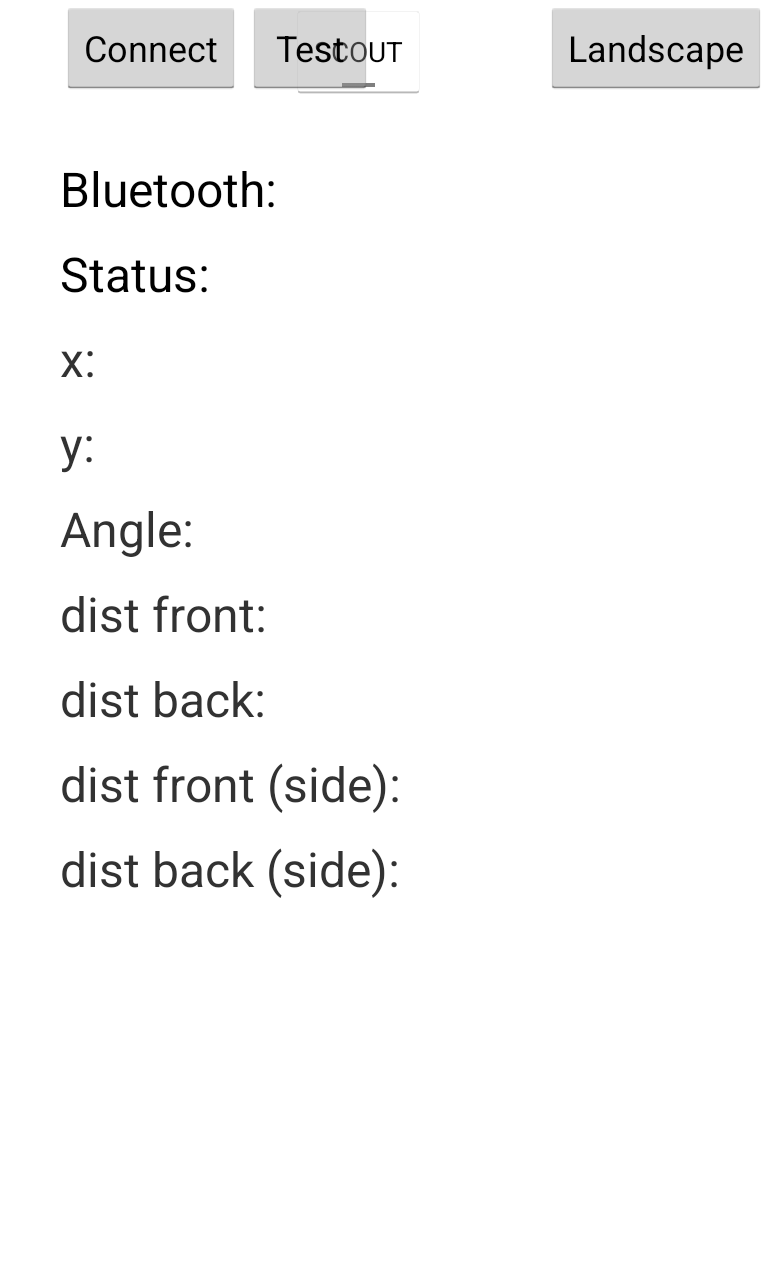
Repository: VietPhamTuyen/HSAMR_HMI_Viet
Layout: NXT/NXT Fernsteuerung/res/layout/activity_main.xml
These files come from the project's save history. The layout is drawn as it stood at one moment and after the next save; the edit follows.
It is drawn on a 768 x 1280 px phone screen (xhdpi) without system bars, with theme AppTheme; the app's code is not run.

Above is the layout before, as saved 2014-12-01 14:40:20.

### NXT/NXT Fernsteuerung/res/layout/activity_main.xml
<RelativeLayout xmlns:android="http://schemas.android.com/apk/res/android"
    xmlns:tools="http://schemas.android.com/tools"
    android:id="@+id/RelativeLayout1"
    android:layout_width="match_parent"
    android:layout_height="match_parent"
    android:orientation="vertical" >

    <Button
        android:id="@+id/buttonSetupBluetooth"
        android:layout_width="wrap_content"
        android:layout_height="wrap_content"
        android:layout_alignParentLeft="true"
        android:layout_alignParentRight="false"
        android:layout_alignParentTop="true"
        android:layout_marginBottom="30dp"
        android:layout_marginLeft="30dp"
        android:clickable="true"
        android:text="@string/setupBluetooth" />

    <TextView
        android:id="@+id/textViewLabelBluetooth"
        android:layout_width="wrap_content"
        android:layout_height="wrap_content"
        android:layout_alignParentLeft="true"
        android:layout_below="@+id/buttonSetupBluetooth"
        android:layout_toLeftOf="@+id/textViewValueBluetooth"
        android:paddingLeft="30dp"
        android:text="@string/bluetooth_label"
        android:textAppearance="?android:attr/textAppearanceLarge"
        android:textSize="24dp" />

    <TextView
        android:id="@+id/textViewValueBluetooth"
        android:layout_width="wrap_content"
        android:layout_height="wrap_content"
        android:layout_alignBaseline="@+id/textViewLabelBluetooth"
        android:layout_alignParentRight="true"
        android:layout_alignParentTop="true"
        android:gravity="right"
        android:paddingRight="30dp"
        android:textAppearance="?android:attr/textAppearanceLarge"
        android:textSize="24dp" />

    <TextView
        android:id="@+id/textViewValueLabel"
        android:layout_width="wrap_content"
        android:layout_height="wrap_content"
        android:layout_alignParentLeft="true"
        android:layout_below="@+id/textViewLabelBluetooth"
        android:layout_marginTop="10dp"
        android:layout_toLeftOf="@+id/textViewValueStatus"
        android:paddingLeft="30dp"
        android:text="@string/textview_status"
        android:textAppearance="?android:attr/textAppearanceLarge"
        android:textSize="24dp" />

    <TextView
        android:id="@+id/textViewValueStatus"
        android:layout_width="wrap_content"
        android:layout_height="wrap_content"
        android:layout_alignBaseline="@+id/textViewValueLabel"
        android:layout_alignParentRight="true"
        android:layout_alignTop="@+id/textViewValueLabel"
        android:gravity="right"
        android:paddingRight="30dp"
        android:textAppearance="?android:attr/textAppearanceLarge"
        android:textSize="24dp" />

    <TextView
        android:id="@+id/textViewLabelX"
        android:layout_width="wrap_content"
        android:layout_height="wrap_content"
        android:layout_alignParentLeft="true"
        android:layout_below="@+id/textViewValueLabel"
        android:layout_marginTop="10dp"
        android:layout_toLeftOf="@+id/textViewValueX"
        android:paddingLeft="30dp"
        android:text="@string/x_Value"
        android:textSize="24dp" />

    <TextView
        android:id="@+id/textViewValueX"
        android:layout_width="wrap_content"
        android:layout_height="34dp"
        android:layout_alignBaseline="@+id/textViewLabelX"
        android:layout_alignParentRight="true"
        android:layout_alignTop="@+id/textViewLabelX"
        android:gravity="right"
        android:paddingRight="30dp"
        android:textSize="24dp" >
    </TextView>

    <TextView
        android:id="@+id/textViewLabelY"
        android:layout_width="wrap_content"
        android:layout_height="wrap_content"
        android:layout_alignParentLeft="true"
        android:layout_below="@+id/textViewLabelX"
        android:layout_marginTop="10dp"
        android:layout_toLeftOf="@+id/textViewValueY"
        android:paddingLeft="30dp"
        android:text="@string/y_Value"
        android:textAppearance="?android:attr/textAppearanceSmall"
        android:textSize="24dp" />

    <TextView
        android:id="@+id/textViewValueY"
        android:layout_width="wrap_content"
        android:layout_height="wrap_content"
        android:layout_alignBaseline="@+id/textViewLabelY"
        android:layout_alignParentRight="true"
        android:layout_alignTop="@+id/textViewLabelY"
        android:gravity="right"
        android:paddingRight="30dp"
        android:textSize="24dp" >
    </TextView>

    <TextView
        android:id="@+id/TextViewLableAngle"
        android:layout_width="wrap_content"
        android:layout_height="wrap_content"
        android:layout_alignParentLeft="true"
        android:layout_below="@+id/textViewLabelY"
        android:layout_marginTop="10dp"
        android:layout_toLeftOf="@+id/TextViewValueAngle"
        android:paddingLeft="30dp"
        android:text="@string/angle_Value"
        android:textAppearance="?android:attr/textAppearanceSmall"
        android:textSize="24dp" />

    <TextView
        android:id="@+id/TextViewValueAngle"
        android:layout_width="wrap_content"
        android:layout_height="wrap_content"
        android:layout_alignBaseline="@+id/TextViewLableAngle"
        android:layout_alignParentRight="true"
        android:layout_alignTop="@+id/TextViewLableAngle"
        android:gravity="right"
        android:paddingRight="30dp"
        android:textSize="24dp" />

    <TextView
        android:id="@+id/textViewLabelDistanceFront"
        android:layout_width="wrap_content"
        android:layout_height="wrap_content"
        android:layout_alignParentLeft="true"
        android:layout_below="@+id/TextViewLableAngle"
        android:layout_marginTop="10dp"
        android:layout_toLeftOf="@+id/textViewValueDistanceFront"
        android:paddingLeft="30dp"
        android:text="@string/distance_front_value"
        android:textSize="24dp" />

    <TextView
        android:id="@+id/textViewValueDistanceFront"
        android:layout_width="wrap_content"
        android:layout_height="wrap_content"
        android:layout_alignBaseline="@+id/textViewLabelDistanceFront"
        android:layout_alignParentRight="true"
        android:layout_alignTop="@+id/textViewLabelDistanceFront"
        android:gravity="right"
        android:paddingRight="30dp"
        android:textSize="24dp" />

    <TextView
        android:id="@+id/textViewLabelDistanceBack"
        android:layout_width="wrap_content"
        android:layout_height="wrap_content"
        android:layout_alignParentLeft="true"
        android:layout_below="@+id/textViewLabelDistanceFront"
        android:layout_marginTop="10dp"
        android:layout_toLeftOf="@+id/textViewValueDistanceBack"
        android:paddingLeft="30dp"
        android:text="@string/distance_back_value"
        android:textSize="24dp" />

    <TextView
        android:id="@+id/textViewValueDistanceBack"
        android:layout_width="wrap_content"
        android:layout_height="wrap_content"
        android:layout_alignBaseline="@+id/textViewLabelDistanceBack"
        android:layout_alignParentRight="true"
        android:layout_alignTop="@+id/textViewLabelDistanceBack"
        android:gravity="right"
        android:paddingRight="30dp"
        android:textSize="24dp" />

    <TextView
        android:id="@+id/textViewLabelDistanceFrontSide"
        android:layout_width="wrap_content"
        android:layout_height="wrap_content"
        android:layout_alignParentLeft="true"
        android:layout_below="@+id/textViewLabelDistanceBack"
        android:layout_marginTop="10dp"
        android:layout_toLeftOf="@+id/textViewValueDistanceFrontSide"
        android:paddingLeft="30dp"
        android:text="@string/distance_front_side_value"
        android:textSize="24dp" />

    <TextView
        android:id="@+id/textViewValueDistanceFrontSide"
        android:layout_width="wrap_content"
        android:layout_height="wrap_content"
        android:layout_alignBaseline="@+id/textViewLabelDistanceFrontSide"
        android:layout_alignParentRight="true"
        android:layout_alignTop="@+id/textViewLabelDistanceFrontSide"
        android:gravity="right"
        android:paddingRight="30dp"
        android:textSize="24dp" />

    <TextView
        android:id="@+id/textViewLabelDistanceBackSide"
        android:layout_width="wrap_content"
        android:layout_height="wrap_content"
        android:layout_alignParentLeft="true"
        android:layout_below="@+id/textViewLabelDistanceFrontSide"
        android:layout_marginTop="10dp"
        android:layout_toLeftOf="@+id/textViewValueDistanceBackSide"
        android:paddingLeft="30dp"
        android:text="@string/distance_back_side_value"
        android:textSize="24dp" />

    <TextView
        android:id="@+id/textViewValueDistanceBackSide"
        android:layout_width="wrap_content"
        android:layout_height="wrap_content"
        android:layout_alignBaseline="@+id/textViewLabelDistanceBackSide"
        android:layout_alignParentRight="true"
        android:layout_alignTop="@+id/textViewLabelDistanceBackSide"
        android:gravity="right"
        android:paddingRight="30dp"
        android:textSize="24dp" />

    <ToggleButton
        android:id="@+id/toggleMode"
        android:layout_width="wrap_content"
        android:layout_height="wrap_content"
        android:layout_alignBaseline="@+id/buttonSetupBluetooth"
        android:layout_alignBottom="@+id/buttonSetupBluetooth"
        android:layout_marginLeft="24dp"
        android:layout_toRightOf="@+id/buttonSetupBluetooth"
        android:clickable="true"
        android:onClick="setToggle"
        android:text="@string/togglebutton"
        android:textOff="SCOUT"
        android:textOn="SCOUT" />

    <Button
        android:id="@+id/landscapebutton"
        android:layout_width="wrap_content"
        android:layout_height="wrap_content"
        android:layout_alignParentRight="true"
        android:layout_alignParentTop="true"
        android:onClick="LandscapeButton"
        android:text="@string/landscapeButton" />

    <Button
        android:id="@+id/button1"
        android:layout_width="wrap_content"
        android:layout_height="wrap_content"
        android:layout_alignParentTop="true"
        android:layout_marginRight="85dp"
        android:layout_toLeftOf="@+id/landscapebutton"
        android:onClick="TestButton"
        android:text="@string/testButton" />

</RelativeLayout>

### NXT/NXT Fernsteuerung/res/values/strings.xml
<resources>

    <string name="app_name">Cooooooool</string>
    <string name="menu_settings">Settings</string>
    <string name="title_activity_main">RCTestapp</string>
    <string name="title_activity_position_visualization">PositionVisualization</string>
    <string name="x_Value">x:</string>
    <string name="y_Value">y:</string>
    <string name="title_paired_devices">Paired devices</string>
    <string name="title_other_devices">Other devices</string>
    <string name="title_activity_bluetooth">Bluetooth</string>
    <string name="setupBluetooth">Connect</string>
    <string name="text_scan_bt_devices">Scan for devices</string>
    <string name="bt_adapter_available">Bluetooth adapter available</string>
    <string name="toggle_text_pause">SCOUT</string>
    <string name="toggle_text_scout">SCOUT</string>
    <string name="togglebutton">ToggleButton</string>
    <string name="textview_status">Status:</string>
    <string name="angle_Value">Angle:</string>
    <string name="distance_front_value">dist front:</string>
    <string name="distance_front_side_value">dist front (side):</string>
    <string name="distance_back_value">dist back:</string>
    <string name="distance_back_side_value">dist back (side):</string>
    <string name="bluetooth_label">Bluetooth:</string>
    <string name="disconnetButton">Disconnect</string>
    <string name="landscapeButton">Landscape</string>
    <string name="portraitButton">Portrait</string>
    <string name="testButton">Test</string>
    <string name="dc_bluetooth">Disconnect</string>
    <string name="ic_action_search">Search</string>
    <string name="ic_action_name">Name</string>
    <string name="resetLine">Reset Pfad</string>
    <string name="restart">Restart App</string>
    <string name="data">NXT Data</string>
    <string name="bt_connect_hint">Please select a Robot from the list. Make sure it has been paired, is within bluetooth reach and has been set to connect mode.</string>

</resources>

Loaded but not shown: NXT/NXT Fernsteuerung/res/values-v11/styles.xml (common file); NXT/NXT Fernsteuerung/res/values-v14/styles.xml (common file); NXT/NXT Fernsteuerung/res/values/styles.xml (common file)

After the next save:
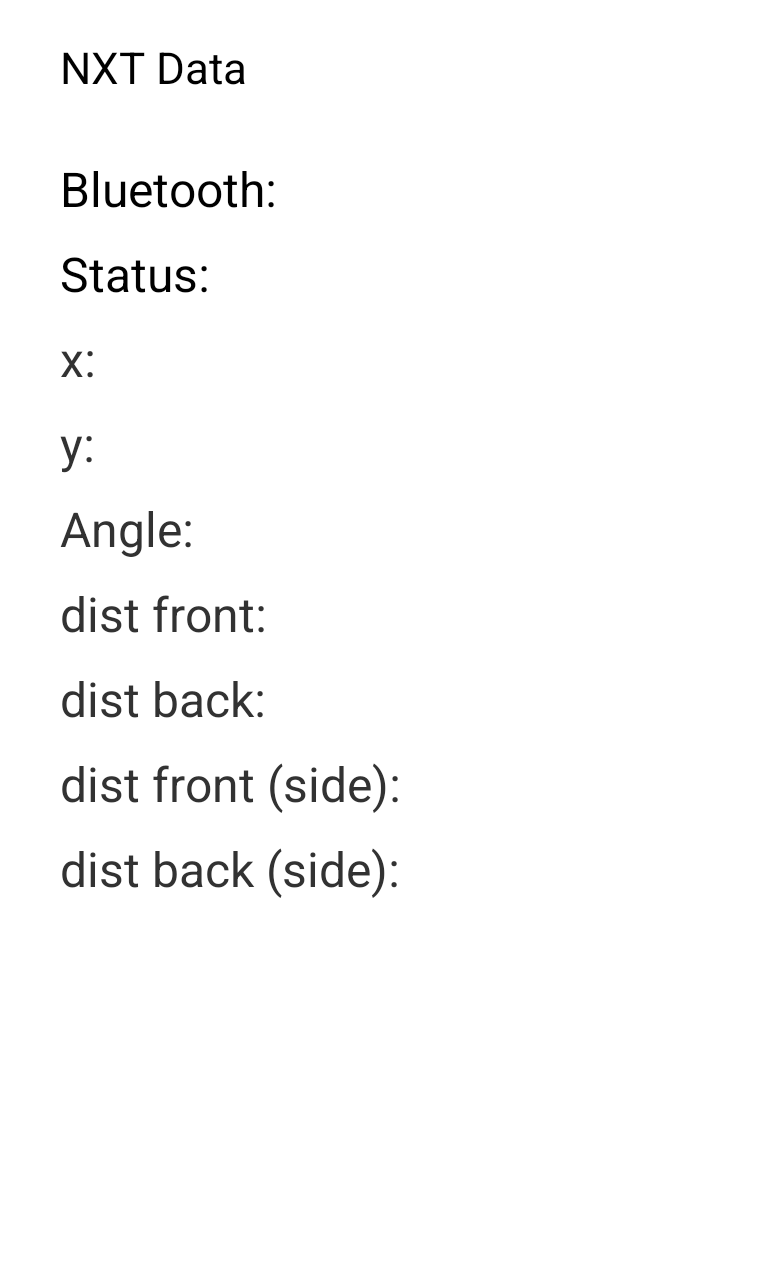
Saved 14 s later.
--- a/NXT/NXT Fernsteuerung/res/layout/activity_main.xml
+++ b/NXT/NXT Fernsteuerung/res/layout/activity_main.xml
@@ -15,7 +15,8 @@
         android:layout_marginBottom="30dp"
         android:layout_marginLeft="30dp"
         android:clickable="true"
-        android:text="@string/setupBluetooth" />
+        android:text="@string/setupBluetooth"
+        android:visibility="invisible" />
 
     <TextView
         android:id="@+id/textViewLabelBluetooth"
@@ -243,7 +244,8 @@
         android:onClick="setToggle"
         android:text="@string/togglebutton"
         android:textOff="SCOUT"
-        android:textOn="SCOUT" />
+        android:textOn="SCOUT"
+        android:visibility="invisible" />
 
     <Button
         android:id="@+id/landscapebutton"
@@ -252,7 +254,8 @@
         android:layout_alignParentRight="true"
         android:layout_alignParentTop="true"
         android:onClick="LandscapeButton"
-        android:text="@string/landscapeButton" />
+        android:text="@string/landscapeButton"
+        android:visibility="invisible" />
 
     <Button
         android:id="@+id/button1"
@@ -262,6 +265,16 @@
         android:layout_marginRight="85dp"
         android:layout_toLeftOf="@+id/landscapebutton"
         android:onClick="TestButton"
-        android:text="@string/testButton" />
+        android:text="@string/testButton"
+        android:visibility="invisible" />
+
+    <TextView
+        android:id="@+id/textView1"
+        android:layout_width="wrap_content"
+        android:layout_height="wrap_content"
+        android:layout_alignBottom="@+id/buttonSetupBluetooth"
+        android:layout_alignLeft="@+id/buttonSetupBluetooth"
+        android:text="@string/data"
+        android:textAppearance="?android:attr/textAppearanceLarge" />
 
 </RelativeLayout>
